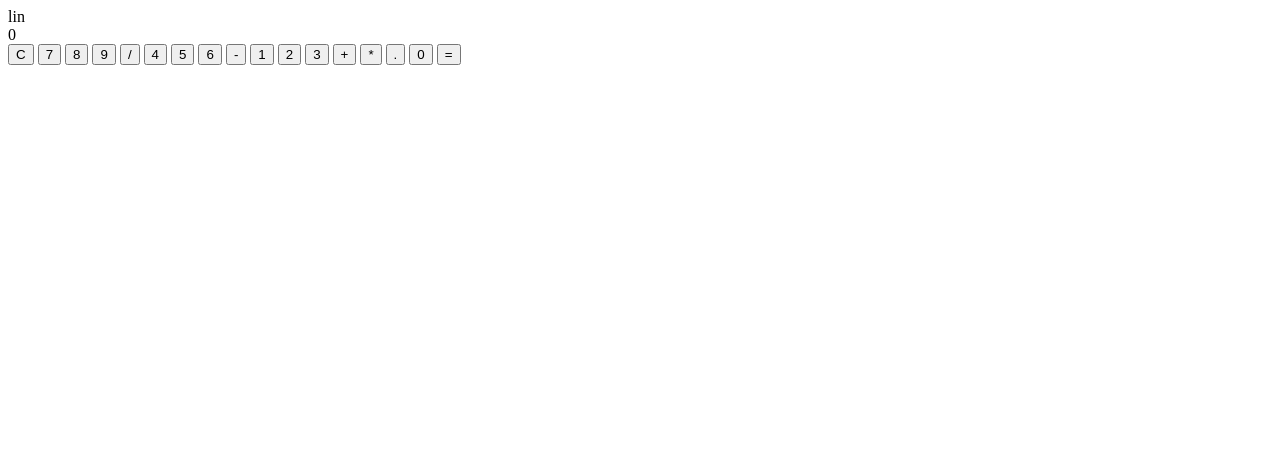
Repository: alizey12/calculator
Page: index.html
The author's editor kept a copy of each file at every save. The page is drawn from the files as they stood at one save, then again after the next save.
The browser window is 1280 px wide. The pictures show the whole page.

Above is the page before, as saved 2024-11-23 20:32:41.

### index.html
<!DOCTYPE html>
<html lang="en">
<head>
    <meta charset="UTF-8">
    <meta name="viewport" content="width=device-width, initial-scale=1.0">
    <title>Simple Calculator</title>
    lin
    <body>


</head>
<body>
    <div class="calculator">
        <div class="display" id="display">0</div>
        <div class="buttons">
            <button onclick="clearDisplay()" class="btn" id="clear">C</button>
            <button onclick="appendValue('7')" class="btn">7</button>
            <button onclick="appendValue('8')" class="btn">8</button>
            <button onclick="appendValue('9')" class="btn">9</button>
            <button onclick="operate('/')" class="btn operator">/</button>
            <button onclick="appendValue('4')" class="btn">4</button>
            <button onclick="appendValue('5')" class="btn">5</button>
            <button onclick="appendValue('6')" class="btn">6</button>
            <button onclick="operate('-')" class="btn operator">-</button>
            <button onclick="appendValue('1')" class="btn">1</button>
            <button onclick="appendValue('2')" class="btn">2</button>
            <button onclick="appendValue('3')" class="btn">3</button>
            <button onclick="operate('+')" class="btn operator">+</button>
            <button onclick="operate('*')" class="btn operator">*</button>
            <button onclick="appendValue('.')" class="btn">.</button>
            <button onclick="appendValue('0')" class="btn">0</button>
            <button onclick="calculate()" class="btn operator" id="equals">=</button>
        </div>
    </div>

    <script src="script.js">

    </script>
</body>
</html>

### script.js
let displayValue = '';

function appendValue(value) {
    if (displayValue === '0' || displayValue === 'Error') {
        displayValue = value;
    } else {
        displayValue += value;
    }
    updateDisplay();
}

function operate(operator) {
    if (displayValue === 'Error') return;

    displayValue += ` ${operator} `;
    updateDisplay();
}

function clearDisplay() {
    displayValue = '0';
    updateDisplay();
}

function calculate() {
    try {
        // Evaluate the expression
        displayValue = eval(displayValue).toString();
    } catch {
        displayValue = 'Error';
    }
    updateDisplay();
}

function updateDisplay() {
    document.getElementById('display').textContent = displayValue;
}

### styles.css
{
    font-family: Arial, sans-serif;
    display: flex;
    justify-content: center;
    align-items: center;
    height: 100vh;
    background-color: #f0f0f0;
    margin: 0;
}

.calculator {
    background: #fff;
    border-radius: 10px;
    padding: 20px;
    box-shadow: 0 4px 10px rgba(0, 0, 0, 0.2);
    width: 300px;
}

.display {
    width: 100%;
    height: 50px;
    margin-bottom: 20px;
    font-size: 1.5rem;
    text-align: right;
    border: 1px solid #ccc;
    border-radius: 5px;
    background: #f9f9f9;
    padding: 10px;
    overflow-x: auto;
}

.buttons {
    display: grid;
    grid-template-columns: repeat(4, 1fr);
    gap: 10px;
}

.btn {
    height: 50px;
    font-size: 1.2rem;
    border: none;
    border-radius: 5px;
    background: #007bff;
    color: white;
    cursor: pointer;
    transition: background 0.2s;
}

.btn:hover {
    background: #0056b3;
}

.btn.operator {
    background: #28a745;
}

.btn.operator:hover {
    background: #1e7e34;
}

.btn#clear {
    background: #dc3545;
}

.btn#clear:hover {
    background: #a71d2a;
}

After the next save:
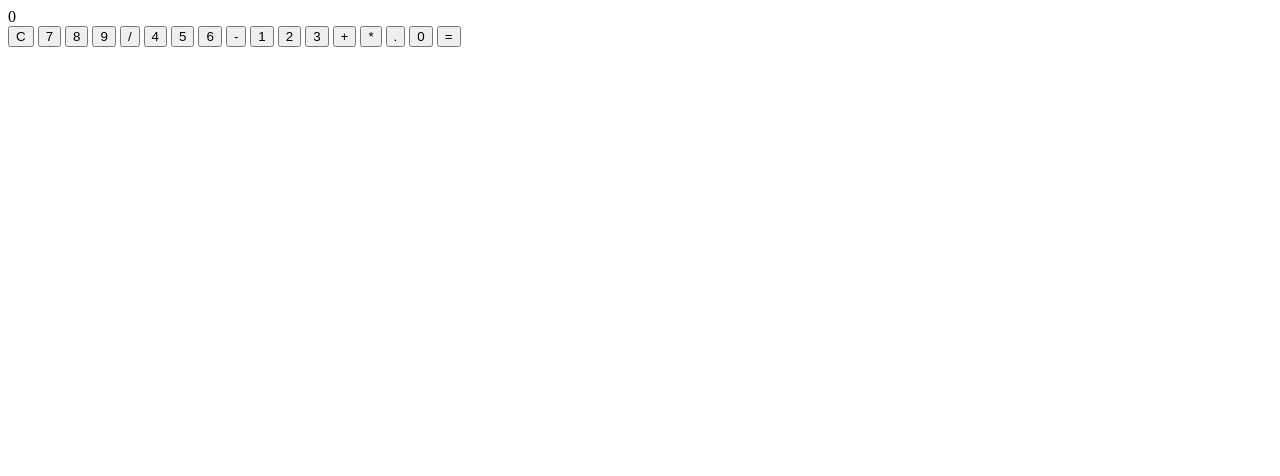
Not found: style.css
Saved 4 s later.
--- a/index.html
+++ b/index.html
@@ -4,7 +4,7 @@
     <meta charset="UTF-8">
     <meta name="viewport" content="width=device-width, initial-scale=1.0">
     <title>Simple Calculator</title>
-    lin
+    <link rel="stylesheet" href="style.css">
     <body>
 
 

After the save that followed:
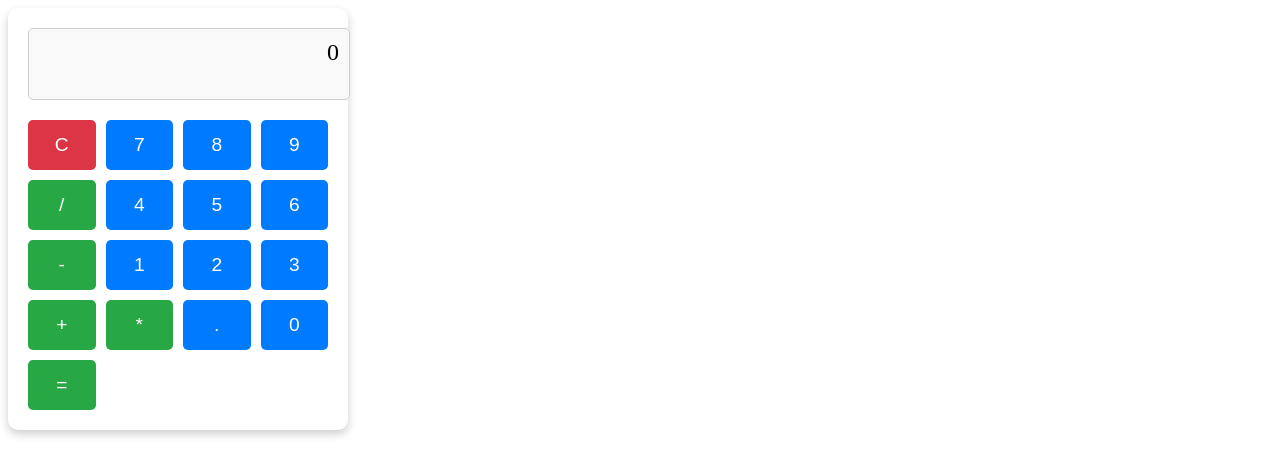
Saved 9 s later.
--- a/index.html
+++ b/index.html
@@ -4,7 +4,7 @@
     <meta charset="UTF-8">
     <meta name="viewport" content="width=device-width, initial-scale=1.0">
     <title>Simple Calculator</title>
-    <link rel="stylesheet" href="style.css">
+    <link rel="stylesheet" href="styles.css">
     <body>
 
 
